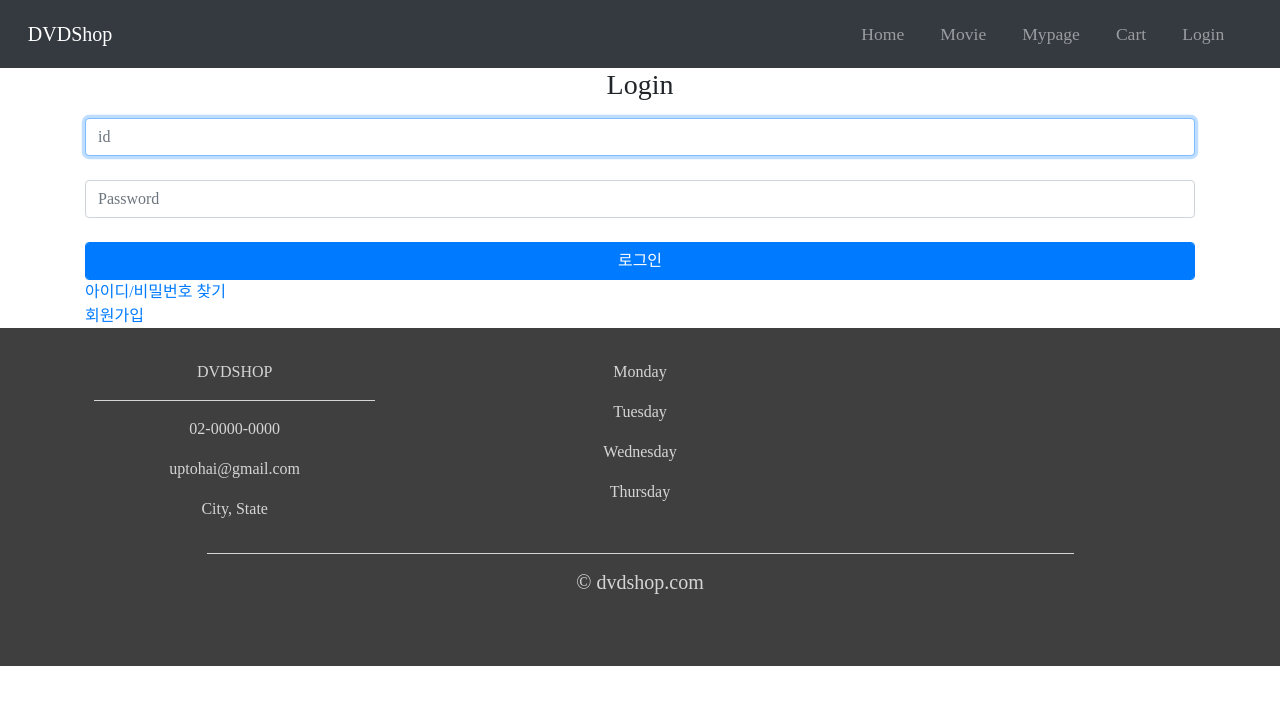
Repository: afterup/dvdshop
Page: http://localhost/shop_project/view/user/login.jsp
An editor plug-in stored every save of this project. The page is shown before and after the next save, followed by the edit.
The browser window is 1280 px wide. The pictures show the whole page.
The page is served by Tomcat 9.

Above is the page before, as saved 2019-08-14 07:15:34.

After the next save:
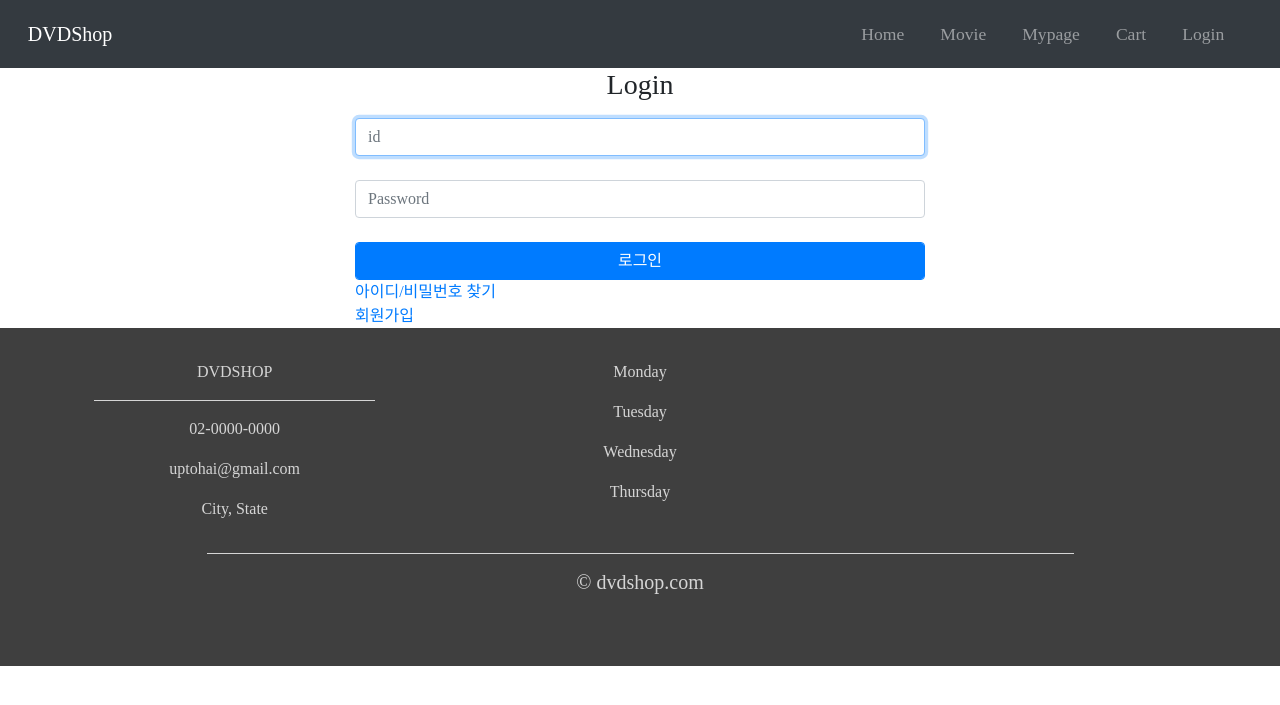
Saved 2 min 12 s later.
--- a/shop_project/WebContent/view/user/login.jsp
+++ b/shop_project/WebContent/view/user/login.jsp
@@ -14,6 +14,10 @@
     <!-- 사용자 css-->
     <link rel="stylesheet" href="css/style.css">
     <style>
+    	.container {
+    		width: 600px;
+    	}
+
 
     </style>
 </head>
